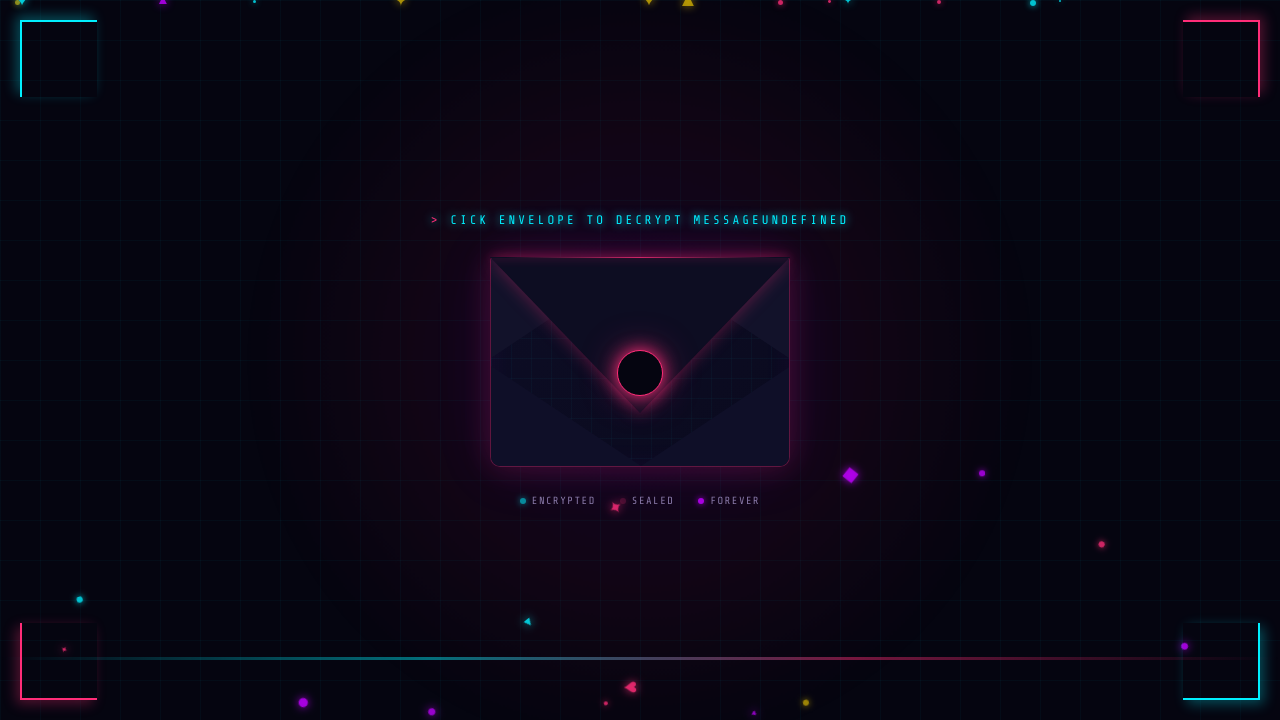
Repository: Markpol2003/letter
Page: /
An editor plug-in stored every save of this project. The page is shown before and after the next save, followed by the edit.
The browser window is 1280 px wide. The pictures show the whole page.
The project was rebuilt for these pictures with package versions that can differ from the ones it lists, and the page was loaded fresh each time. Also part of the build but not shown: vite.config.js, src/components/TextPortrait.module.css, src/components/TextPortrait.jsx, src/components/LetterOverlay.module.css, src/components/LetterOverlay.jsx.

Above is the page before, as saved 2026-03-16 16:37:37.

### index.html
<!doctype html>
<html lang="en">
  <head>
    <meta charset="UTF-8" />
    <link rel="icon" type="image/svg+xml" href="/favicon.svg" />
    <meta name="viewport" content="width=device-width, initial-scale=1.0" />
    <title>Secret</title>
  </head>
  <body>
    <div id="root"></div>
    <script type="module" src="/src/main.jsx"></script>
  </body>
</html>

### src/index.css
@import url('https://fonts.googleapis.com/css2?family=Share+Tech+Mono&family=Orbitron:wght@400;700;900&family=Rajdhani:wght@300;400;600&display=swap');

*, *::before, *::after {
  margin: 0;
  padding: 0;
  box-sizing: border-box;
}

html {
  font-size: 16px;
}

:root {
  --neon-pink:    #ff2d78;
  --neon-purple:  #bf00ff;
  --neon-cyan:    #00f0ff;
  --neon-gold:    #ffd700;
  --dark-bg:      #050510;
  --dark-card:    #0a0a1a;
  --dark-glass:   rgba(8, 8, 22, 0.82);
  --text-primary: #f0e6ff;
  --text-muted:   #8a7aaa;
}

body {
  background: var(--dark-bg);
  font-family: 'Rajdhani', sans-serif;
  overflow: hidden;
}

### src/App.jsx
import { useState } from 'react';
import Background    from './components/Background';
import Particles     from './components/Particles';
import HintText      from './components/HintText';
import Envelope      from './components/Envelope';
import StatsRow      from './components/StatsRow';
import LetterOverlay from './components/LetterOverlay';
import styles        from './App.module.css';

export default function App() {
  const [isOpen,     setIsOpen]     = useState(false);
  const [showLetter, setShowLetter] = useState(false);

  const openLetter = () => {
    setIsOpen(true);
    setTimeout(() => setShowLetter(true), 620);
  };

  const closeLetter = () => {
    setShowLetter(false);
    setTimeout(() => setIsOpen(false), 300);
  };

  return (
    <div className={styles.app}>
      <Background />
      <Particles />
      <HintText />
      <Envelope isOpen={isOpen} onClick={openLetter} />
      <StatsRow />
      {showLetter && <LetterOverlay onClose={closeLetter} />}
    </div>
  );
}

### src/components/Background.jsx
import styles from './Background.module.css';

export default function Background() {
  return (
    <>
      <div className={styles.gridBg}    />
      <div className={styles.glowCenter}/>
      <div className={styles.scanline}  />
      <div className={`${styles.cornerDecor} ${styles.tl}`}/>
      <div className={`${styles.cornerDecor} ${styles.tr}`}/>
      <div className={`${styles.cornerDecor} ${styles.bl}`}/>
      <div className={`${styles.cornerDecor} ${styles.br}`}/>
    </>
  );
}

### src/components/Particles.jsx
import { useMemo } from 'react';
import styles from './Particles.module.css';

const COLORS = [
  'rgba(255,45,120,0.8)',
  'rgba(0,240,255,0.8)',
  'rgba(191,0,255,0.8)',
  'rgba(255,215,0,0.6)',
];
const SHAPES = ['♥','◆','▲','✦','●'];

export default function Particles() {
  const items = useMemo(() => {
    const count = window.innerWidth < 480 ? 14 : 28;
    return Array.from({ length: count }, (_, i) => {
      const useShape = Math.random() > 0.5;
      const color    = COLORS[Math.floor(Math.random() * COLORS.length)];
      return {
        id:       i,
        useShape,
        color,
        shape:    SHAPES[Math.floor(Math.random() * SHAPES.length)],
        left:     Math.random() * 100,
        size:     useShape ? null : 2 + Math.random() * 4,
        fontSize: useShape ? 0.5 + Math.random() * 0.9 : null,
        duration: 8  + Math.random() * 14,
        delay:    Math.random() * 10,
      };
    });
  }, []);

  return (
    <div className={styles.container}>
      {items.map(p => (
        <span
          key={p.id}
          className={styles.particle}
          style={{
            left:              `${p.left}vw`,
            width:             p.useShape ? 0 : `${p.size}px`,
            height:            p.useShape ? 0 : `${p.size}px`,
            fontSize:          p.useShape ? `${p.fontSize}rem` : 0,
            background:        p.useShape ? 'transparent' : p.color,
            color:             p.color,
            boxShadow:         p.useShape ? 'none' : `0 0 6px ${p.color}`,
            textShadow:        '0 0 8px currentColor',
            animationDuration: `${p.duration}s`,
            animationDelay:    `${p.delay}s`,
          }}
        >
          {p.useShape ? p.shape : null}
        </span>
      ))}
    </div>
  );
}

### src/components/HintText.jsx
import { useEffect, useState } from 'react';
import styles from './HintText.module.css';

export default function HintText() {
  const [text, setText] = useState('');

  useEffect(() => {
    const msg = window.innerWidth < 400
      ? 'tap envelope to open'
      : 'click envelope to decrypt message';
    let i = 0;
    setText('');
    const t = setInterval(() => {
      setText(prev => prev + msg[i]);
      i++;
      if (i >= msg.length) clearInterval(t);
    }, 65);
    return () => clearInterval(t);
  }, []);

  return <p className={styles.hint}>{text}</p>;
}

### src/components/Envelope.jsx
import styles from './Envelope.module.css';

export default function Envelope({ isOpen, onClick }) {
  return (
    <div
      className={`${styles.wrapper} ${isOpen ? styles.open : ''}`}
      onClick={onClick}
      role="button"
      tabIndex={0}
      onKeyDown={e => e.key === 'Enter' && onClick()}
      aria-label="Open love letter"
    >
      <div className={styles.envelope}>
        <div className={styles.envBody}>
          <div className={styles.envLeft}  />
          <div className={styles.envRight} />
          <div className={styles.envBottom}/>
        </div>
        <div className={styles.envFlap} />
        <div className={styles.seal}>💗</div>
      </div>
    </div>
  );
}

### src/components/StatsRow.jsx
import styles from './StatsRow.module.css';

const STATS = [
  { label: 'ENCRYPTED', cls: 'cyan'   },
  { label: 'SEALED',    cls: 'pink'   },
  { label: 'FOREVER',   cls: 'purple' },
];

export default function StatsRow() {
  return (
    <div className={styles.row}>
      {STATS.map(s => (
        <div key={s.label} className={styles.chip}>
          <span className={`${styles.dot} ${styles[s.cls]}`} />
          {s.label}
        </div>
      ))}
    </div>
  );
}

### src/App.module.css
.app {
  min-height: 100vh;
  min-height: 100dvh;
  display: flex;
  flex-direction: column;
  align-items: center;
  justify-content: center;
  position: relative;
  overflow: hidden;
}

### src/components/Background.module.css
.gridBg {
  position: fixed;
  inset: 0;
  background-image:
    linear-gradient(rgba(0,240,255,0.035) 1px, transparent 1px),
    linear-gradient(90deg, rgba(0,240,255,0.035) 1px, transparent 1px);
  background-size: 40px 40px;
  z-index: 0;
  pointer-events: none;
}

.glowCenter {
  position: fixed;
  top: 50%; left: 50%;
  transform: translate(-50%, -50%);
  width: clamp(300px, 80vw, 700px);
  height: clamp(300px, 80vw, 700px);
  background: radial-gradient(
    circle,
    rgba(191,0,255,0.12)  0%,
    rgba(255,45,120,0.08) 40%,
    transparent           70%
  );
  border-radius: 50%;
  pointer-events: none;
  z-index: 0;
  animation: breathe 4s ease-in-out infinite;
}
@keyframes breathe {
  0%,100% { transform: translate(-50%,-50%) scale(1);   opacity: 1;   }
  50%      { transform: translate(-50%,-50%) scale(1.2); opacity: 0.6; }
}

.scanline {
  position: fixed;
  top: 0; left: 0;
  width: 100%; height: 3px;
  background: linear-gradient(90deg,
    transparent, var(--neon-cyan), var(--neon-pink), transparent);
  animation: scanDown 6s linear infinite;
  opacity: 0.45;
  z-index: 1;
  pointer-events: none;
}
@keyframes scanDown {
  0%   { top: -3px;  }
  100% { top: 100vh; }
}

.cornerDecor {
  position: fixed;
  width: clamp(40px, 6vw, 80px);
  height: clamp(40px, 6vw, 80px);
  pointer-events: none;
  z-index: 1;
}
.tl {
  top: clamp(10px,2vw,20px);
  left: clamp(10px,2vw,20px);
  border-top:  2px solid var(--neon-cyan);
  border-left: 2px solid var(--neon-cyan);
  box-shadow: -4px -4px 12px rgba(0,240,255,0.3);
}
.tr {
  top: clamp(10px,2vw,20px);
  right: clamp(10px,2vw,20px);
  border-top:   2px solid var(--neon-pink);
  border-right: 2px solid var(--neon-pink);
  box-shadow: 4px -4px 12px rgba(255,45,120,0.3);
}
.bl {
  bottom: clamp(10px,2vw,20px);
  left: clamp(10px,2vw,20px);
  border-bottom: 2px solid var(--neon-pink);
  border-left:   2px solid var(--neon-pink);
  box-shadow: -4px 4px 12px rgba(255,45,120,0.3);
}
.br {
  bottom: clamp(10px,2vw,20px);
  right: clamp(10px,2vw,20px);
  border-bottom: 2px solid var(--neon-cyan);
  border-right:  2px solid var(--neon-cyan);
  box-shadow: 4px 4px 12px rgba(0,240,255,0.3);
}

@media (max-width: 480px) {
  .cornerDecor { display: none; }
}

### src/components/Particles.module.css
.container {
  position: fixed;
  inset: 0;
  pointer-events: none;
  z-index: 0;
}
.particle {
  position: absolute;
  border-radius: 50%;
  display: flex;
  align-items: center;
  justify-content: center;
  animation: floatUp linear infinite;
}
@keyframes floatUp {
  0%   { transform: translateY(110vh) rotate(0deg);   opacity: 0; }
  10%  { opacity: 1; }
  90%  { opacity: 1; }
  100% { transform: translateY(-10vh) rotate(720deg); opacity: 0; }
}

### src/components/HintText.module.css
.hint {
  position: relative;
  z-index: 2;
  font-family: 'Share Tech Mono', monospace;
  font-size: clamp(0.6rem, 1.8vw, 0.78rem);
  letter-spacing: clamp(1px, 0.5vw, 3px);
  text-transform: uppercase;
  color: var(--neon-cyan);
  margin-bottom: clamp(16px, 3vw, 30px);
  text-shadow: 0 0 10px var(--neon-cyan);
  min-height: 1.2em;
  text-align: center;
  padding: 0 16px;
}
.hint::before {
  content: '> ';
  color: var(--neon-pink);
}

### src/components/Envelope.module.css
.wrapper {
  position: relative;
  z-index: 2;
  cursor: pointer;
  width:  clamp(220px, 55vw, 300px);
  height: clamp(154px, 38.5vw, 210px);
  -webkit-tap-highlight-color: transparent;
  outline: none;
}
.wrapper::before {
  content: '';
  position: absolute;
  inset: -16px;
  border-radius: 12px;
  border: 1px solid transparent;
  transition: all 0.4s ease;
}
.wrapper:hover::before,
.wrapper:focus-visible::before {
  border-color: rgba(255,45,120,0.4);
  box-shadow:
    0 0 20px rgba(255,45,120,0.3),
    0 0 60px rgba(191,0,255,0.15),
    inset 0 0 20px rgba(255,45,120,0.05);
}
.envelope {
  width: 100%;
  height: 100%;
  position: relative;
  transition: transform 0.3s ease;
}
.wrapper:hover .envelope,
.wrapper:focus-visible .envelope {
  transform: translateY(-8px) scale(1.02);
}

/* ── env body ── */
.envBody {
  position: absolute;
  inset: 0;
  background: linear-gradient(145deg, #0d0d25, #0a0a1e);
  border: 1px solid rgba(255,45,120,0.35);
  border-radius: 4px 4px 10px 10px;
  overflow: hidden;
  box-shadow:
    0 0 30px rgba(255,45,120,0.2),
    0 0 60px rgba(191,0,255,0.1),
    inset 0 0 30px rgba(191,0,255,0.05);
}
.envBody::after {
  content: '';
  position: absolute;
  inset: 0;
  background-image:
    linear-gradient(rgba(0,240,255,0.03) 1px, transparent 1px),
    linear-gradient(90deg, rgba(0,240,255,0.03) 1px, transparent 1px);
  background-size: 20px 20px;
}

/* ── triangles ── */
.envBottom {
  position: absolute; bottom: 0; left: 0;
  width: 0; height: 0;
  border-left:  150px solid #0f0f28;
  border-right: 150px solid #0f0f28;
  border-top:   100px solid transparent;
  z-index: 2;
}
.envLeft {
  position: absolute; top: 0; left: 0;
  width: 0; height: 0;
  border-top:   100px solid #12122a;
  border-right: 150px solid transparent;
  z-index: 2;
}
.envRight {
  position: absolute; top: 0; right: 0;
  width: 0; height: 0;
  border-top:  100px solid #12122a;
  border-left: 150px solid transparent;
  z-index: 2;
}

/* ── flap ── */
.envFlap {
  position: absolute; top: 0;
  width: 100%; height: 74%;
  transform-origin: top center;
  transition: transform 0.7s cubic-bezier(0.4,0,0.2,1);
  z-index: 10;
}
.envFlap::before {
  content: '';
  position: absolute; top: 0; left: 0;
  width: 0; height: 0;
  border-left:  150px solid transparent;
  border-right: 150px solid transparent;
  border-top:   156px solid #0d0d22;
  filter: drop-shadow(0 2px 8px rgba(255,45,120,0.3));
}
.envFlap::after {
  content: '';
  position: absolute; top: 0; left: 0; right: 0; height: 1px;
  background: linear-gradient(90deg,
    transparent 5%, var(--neon-pink) 50%, transparent 95%);
  box-shadow: 0 0 8px var(--neon-pink);
  opacity: 0.8;
}

/* ── seal ── */
.seal {
  position: absolute;
  top: 44%; left: 50%;
  transform: translateX(-50%);
  width:  clamp(36px, 8vw, 46px);
  height: clamp(36px, 8vw, 46px);
  z-index: 20;
  display: flex; align-items: center; justify-content: center;
  font-size: clamp(1rem, 3vw, 1.4rem);
  transition: all 0.4s ease;
}
.seal::before {
  content: '';
  position: absolute; inset: 0;
  border-radius: 50%;
  background: var(--dark-bg);
  border: 1.5px solid var(--neon-pink);
  box-shadow: 0 0 12px var(--neon-pink), 0 0 24px rgba(255,45,120,0.3);
  animation: sealPulse 2s ease-in-out infinite;
}
@keyframes sealPulse {
  0%,100% { box-shadow:0 0 12px var(--neon-pink),0 0 24px rgba(255,45,120,0.3); }
  50%      { box-shadow:0 0 22px var(--neon-pink),0 0 50px rgba(255,45,120,0.5); }
}

/* ── open state ── */
.open .envFlap { transform: rotateX(180deg); }
.open .seal    {
  opacity: 0;
  transform: translateX(-50%) scale(0) rotate(180deg);
}

/* ══════════════════════════════════════════
   RESPONSIVE TRIANGLES
   Must match wrapper width/height exactly
══════════════════════════════════════════ */

/* tablets (≤ 768px) — wrapper ~55vw */
@media (max-width: 768px) {
  .envBottom { border-left-width:110px; border-right-width:110px; border-top-width:74px;  }
  .envLeft   { border-top-width:74px;   border-right-width:110px; }
  .envRight  { border-top-width:74px;   border-left-width:110px;  }
  .envFlap::before { border-left-width:110px; border-right-width:110px; border-top-width:114px; }
}

/* phones (≤ 480px) */
@media (max-width: 480px) {
  .envBottom { border-left-width:110px; border-right-width:110px; border-top-width:74px;  }
  .envLeft   { border-top-width:74px;   border-right-width:110px; }
  .envRight  { border-top-width:74px;   border-left-width:110px;  }
  .envFlap::before { border-left-width:110px; border-right-width:110px; border-top-width:114px; }
}

/* very small phones (≤ 360px) */
@media (max-width: 360px) {
  .envBottom { border-left-width:100px; border-right-width:100px; border-top-width:67px;  }
  .envLeft   { border-top-width:67px;   border-right-width:100px; }
  .envRight  { border-top-width:67px;   border-left-width:100px;  }
  .envFlap::before { border-left-width:100px; border-right-width:100px; border-top-width:104px; }
}

### src/components/StatsRow.module.css
.row {
  position: relative;
  z-index: 2;
  display: flex;
  flex-wrap: wrap;
  gap: clamp(10px, 2.5vw, 24px);
  margin-top: clamp(16px, 3vw, 28px);
  justify-content: center;
}
.chip {
  font-family: 'Share Tech Mono', monospace;
  font-size: clamp(0.55rem, 1.5vw, 0.65rem);
  letter-spacing: 1.5px;
  text-transform: uppercase;
  color: var(--text-muted);
  display: flex; align-items: center; gap: 6px;
}
.dot {
  width: 6px; height: 6px;
  border-radius: 50%;
  flex-shrink: 0;
  animation: blink 2s ease-in-out infinite;
}
.cyan   { background: var(--neon-cyan);   box-shadow: 0 0 6px var(--neon-cyan);   }
.pink   { background: var(--neon-pink);   box-shadow: 0 0 6px var(--neon-pink);   animation-delay: 0.6s;  }
.purple { background: var(--neon-purple); box-shadow: 0 0 6px var(--neon-purple); animation-delay: 1.2s; }
@keyframes blink {
  0%,100% { opacity: 1;   }
  50%      { opacity: 0.2; }
}

Loaded but not shown: src/main.jsx (common file)

After the next save:
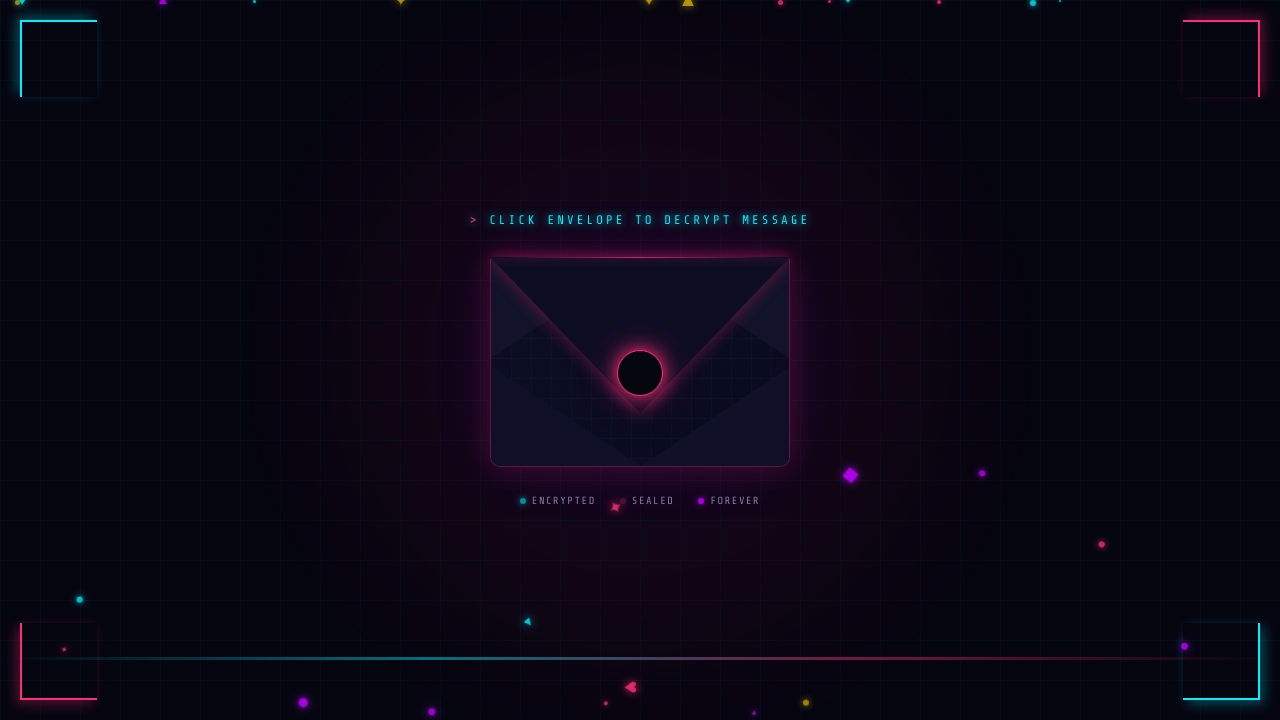
Saved 16 s later.
--- a/src/components/HintText.jsx
+++ b/src/components/HintText.jsx
@@ -1,22 +1,35 @@
 import { useEffect, useState } from 'react';
 import styles from './HintText.module.css';
 
+// fixed messages — no window.innerWidth check
+// so it never re-renders differently on resize
+const MSG = 'click envelope to decrypt message';
+
 export default function HintText() {
-  const [text, setText] = useState('');
+  const [text, setText]       = useState('');
+  const [done, setDone]       = useState(false);
 
   useEffect(() => {
-    const msg = window.innerWidth < 400
-      ? 'tap envelope to open'
-      : 'click envelope to decrypt message';
+    // reset
+    setText('');
+    setDone(false);
     let i = 0;
-    setText('');
+
     const t = setInterval(() => {
-      setText(prev => prev + msg[i]);
+      setText(MSG.slice(0, i + 1));
       i++;
-      if (i >= msg.length) clearInterval(t);
+      if (i >= MSG.length) {
+        clearInterval(t);
+        setDone(true);
+      }
     }, 65);
+
     return () => clearInterval(t);
   }, []);
 
-  return <p className={styles.hint}>{text}</p>;
+  return (
+    <p className={`${styles.hint} ${done ? styles.done : ''}`}>
+      {text}
+    </p>
+  );
 }
